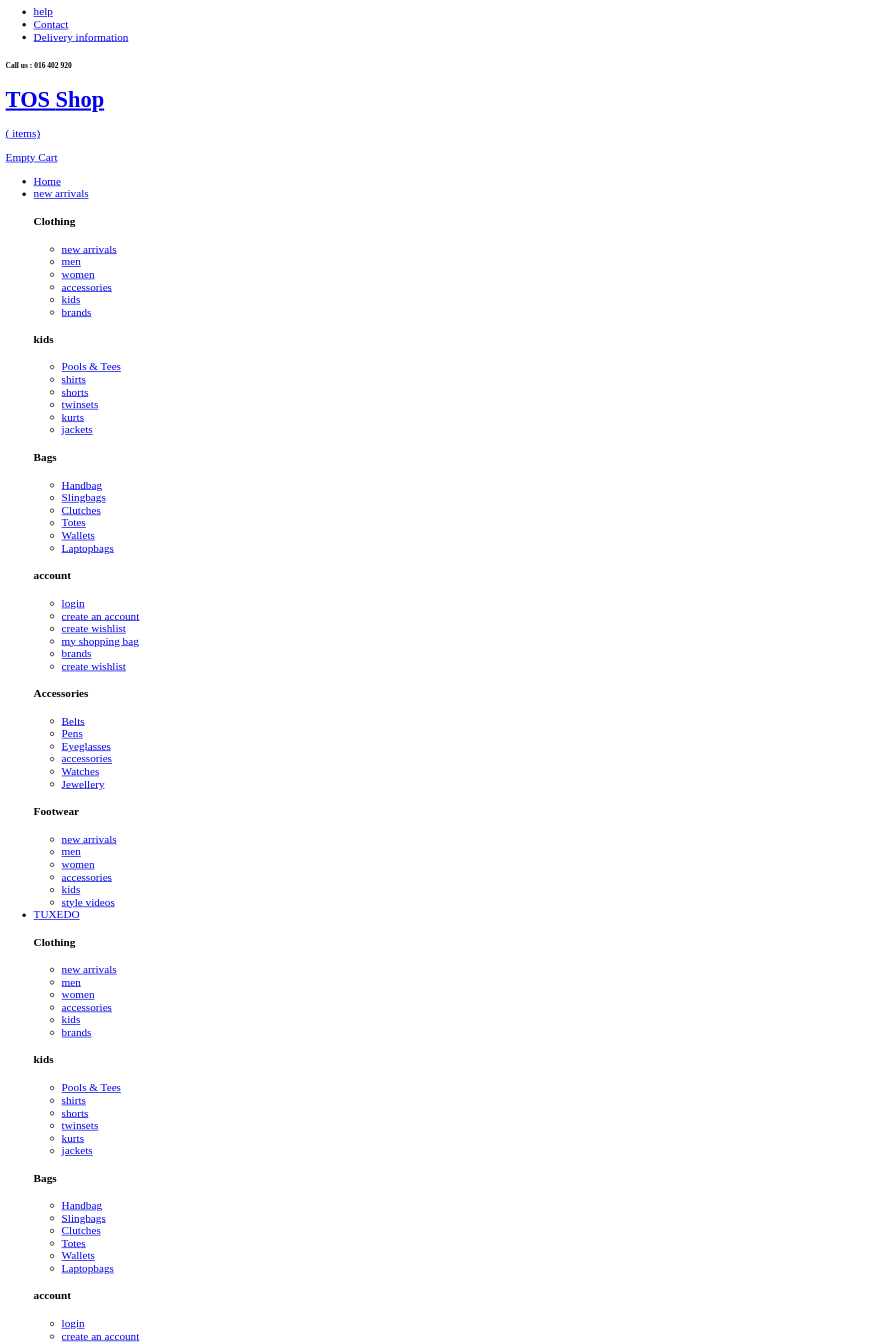
Repository: PhallaChab/spring_project
Page: http://localhost/tos_shopping/WEB-INF/views/block/header.jsp
The author's editor kept a copy of each file at every save. The page is drawn from the files as they stood at one save, then again after the next save.
The browser window is 1280 px wide. The pictures show the part of the page from y = 0 to 1920 px (the page is 7489 px tall before and 7506 px after), at 70% of full size.
The page is served by Tomcat 9. Nobody is signed in. The template is opened directly, without the code that normally fills it, so the values that code supplies are empty.

Above is the page before, as saved 2018-06-29 02:45:11.

After the next save:
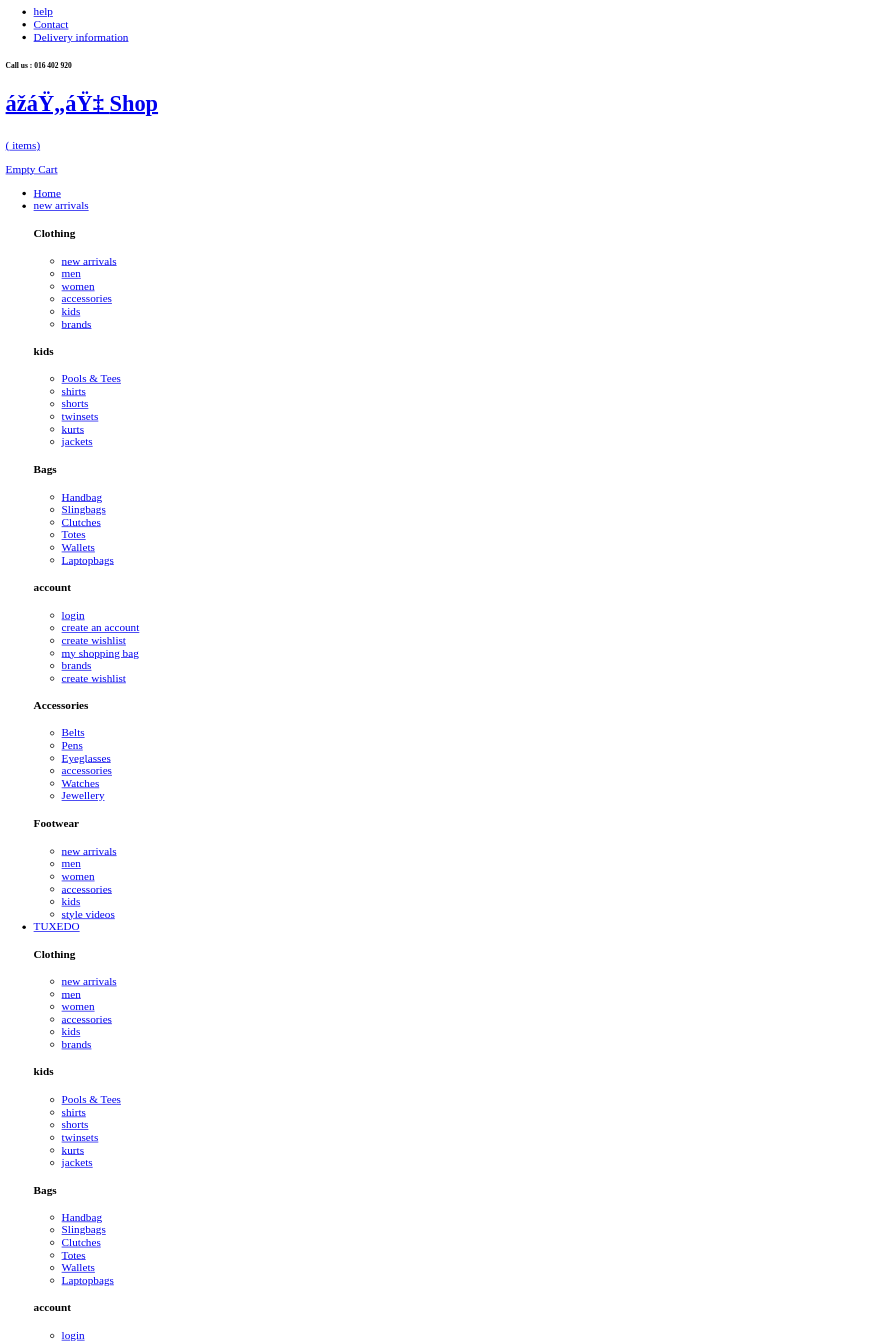
Saved 40 s later.
--- a/tos_shopping/src/main/webapp/WEB-INF/views/block/header.jsp
+++ b/tos_shopping/src/main/webapp/WEB-INF/views/block/header.jsp
@@ -22,7 +22,7 @@
 	<div class="header">
 	  <div class="head-t">
 		 <div class="logo">
-			  <a href="home"><h1>TOS <span>Shop</span></h1> </a>
+			  <a href="home"><h1>តោះ <span>Shop</span></h1> </a>
 		  </div>
 		  <div class="header_right">
 			<div class="cart box_1">
